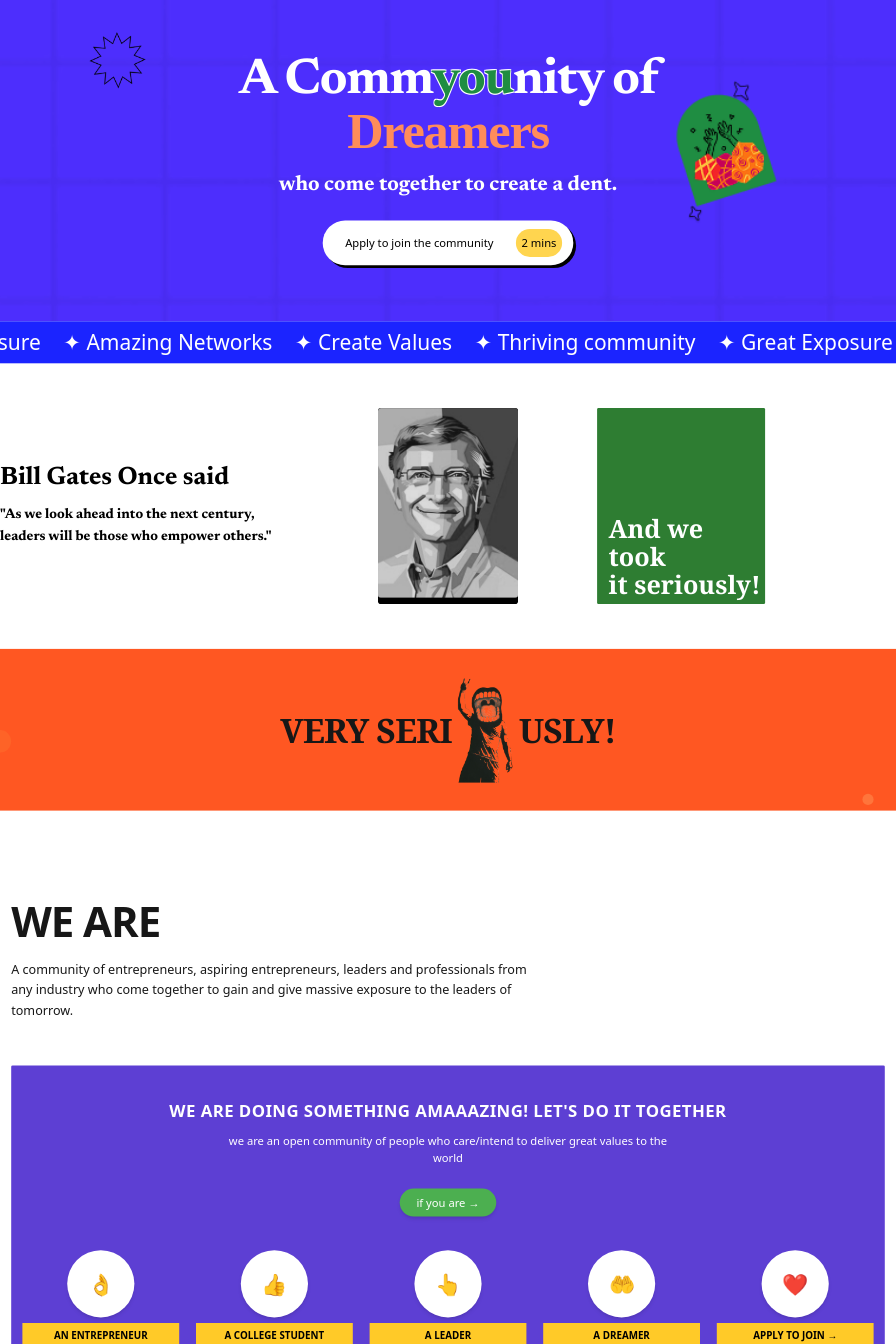
Repository: as-avni/dreamersite
Page: /
The author's editor kept a copy of each file at every save. The page is drawn from the files as they stood at one save, then again after a run of saves.
The browser window is 1280 px wide. The pictures show the part of the page from y = 0 to 1920 px (the page is 2695 px tall), at 70% of full size.
Some web fonts or font styles are not loaded; a fallback is used. The project was rebuilt for these pictures with package versions that can differ from the ones it lists, and the page was loaded fresh each time. Some packages were replaced by stand-ins written for this rebuild. The framework's server and built-in components were replaced by stand-ins that run in the browser. Also part of the build but not shown: next.config.ts.

Above is the page before, as saved 2025-03-21 04:55:58.

After the next 2 saves:
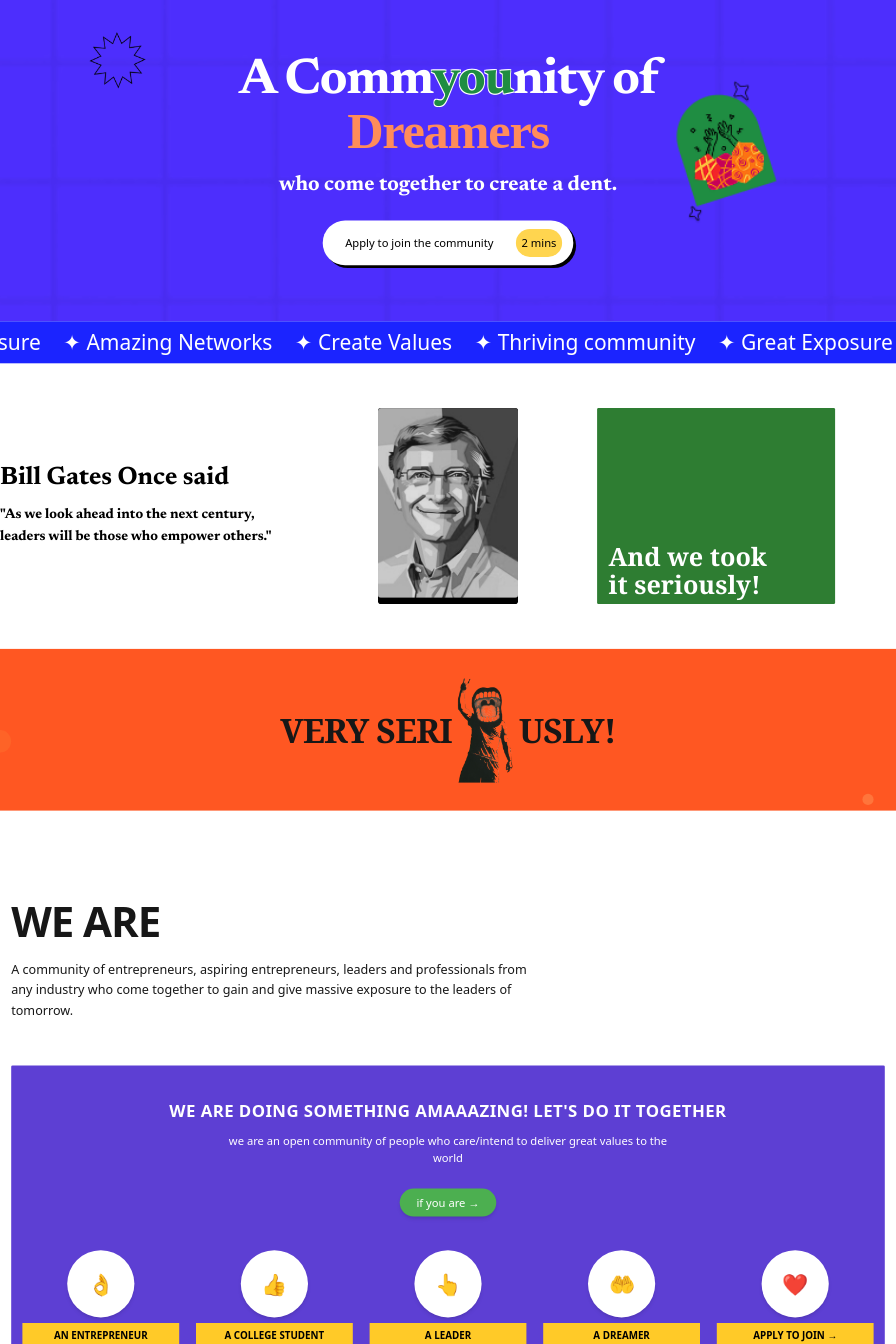
The 2 saves are shown as one change because they came seconds apart.
The last was saved 9 s later.
--- a/src/components/bill-gates.tsx
+++ b/src/components/bill-gates.tsx
@@ -42,7 +42,7 @@
 
             {/* Green Box Section */}
             <motion.div
-                className="h-[280px] w-[240px] col-span-1 bg-[#2E7D32] flex flex-col p-6 text-white rounded-sm relative"
+                className="h-[280px] w-[340px] col-span-1 bg-[#2E7D32] flex flex-col p-6 text-white rounded-sm relative"
                 initial={{ opacity: 0, x: 20 }}
                 whileInView={{ opacity: 1, x: 0 }}
                 transition={{ duration: 0.6, delay: 0.4 }}
